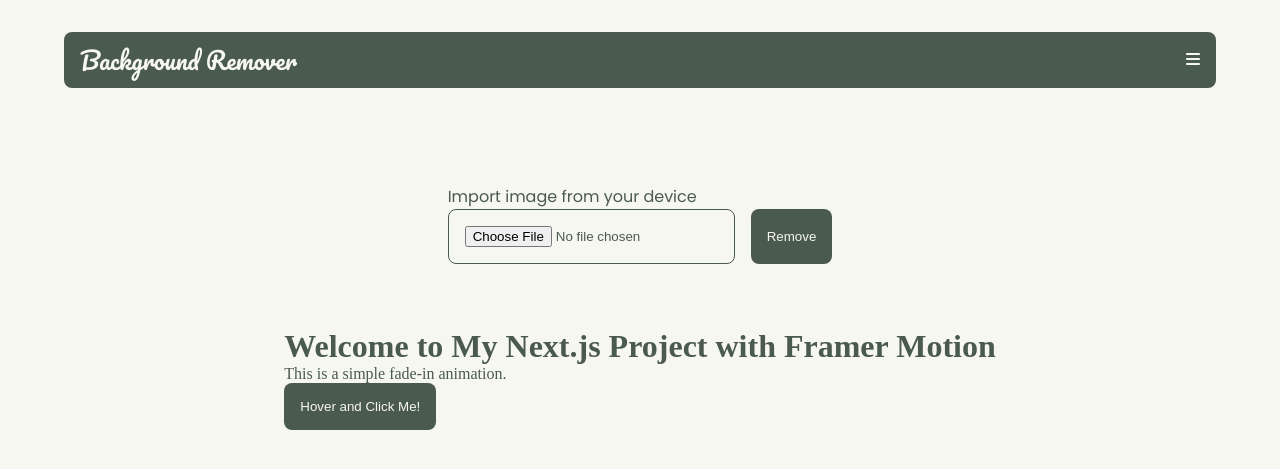
Repository: Oyasikelly/backgroundremover
Page: /
An editor plug-in stored every save of this project. The page is shown before and after the next save, followed by the edit.
The browser window is 1280 px wide. The pictures show the whole page.
Some web libraries are served in a nearby version. The project was rebuilt for these pictures with package versions that can differ from the ones it lists, and the page was loaded fresh each time. Also part of the build but not shown: vite.config.js, src/Components/Loading.jsx, src/Components/SavedImages.jsx.

Above is the page before, as saved 2024-12-18 13:28:24.

After the next save:
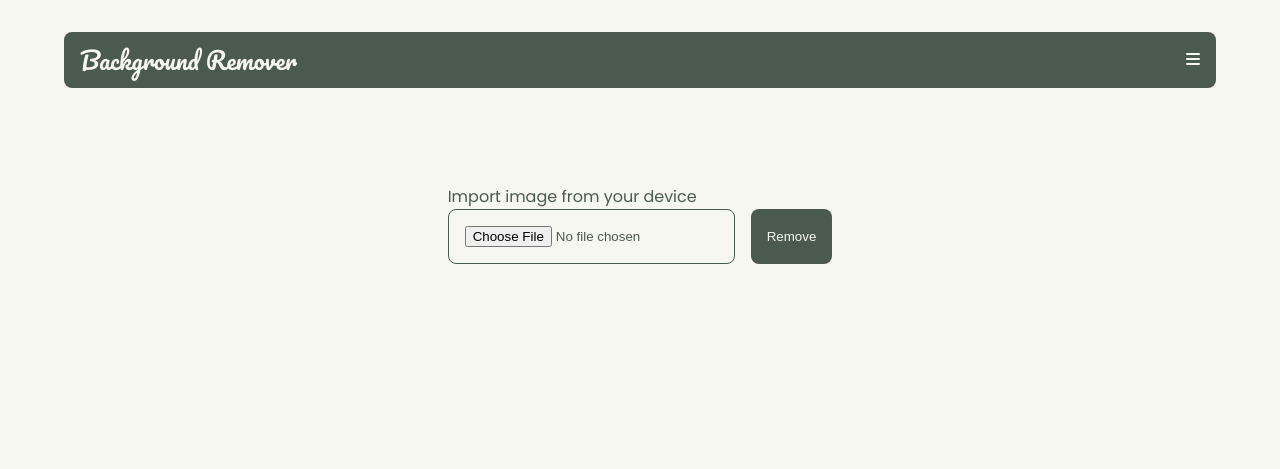
Saved 33 s later.
--- a/src/Components/Remover.jsx
+++ b/src/Components/Remover.jsx
@@ -8,7 +8,6 @@ import { NavLink } from "react-router-dom";
 import Header from "./Header";
 // import UrlImage from "./urlImage";
 import ImportImage from "./importImage";
-import Motion from "./Motion";
 import Loading from "./Loading";
 
 export default function Remover({
@@ -116,7 +115,6 @@ export default function Remover({
       {/* Remove Background via Imported File */}
      <ImportImage handleRemoveBackground_ImportedImg={handleRemoveBackground_ImportedImg} handleImportedURL={handleImportedURL}  />
 
-      <Motion />
 
       {/* Output Image */}
       {outputImage && (
